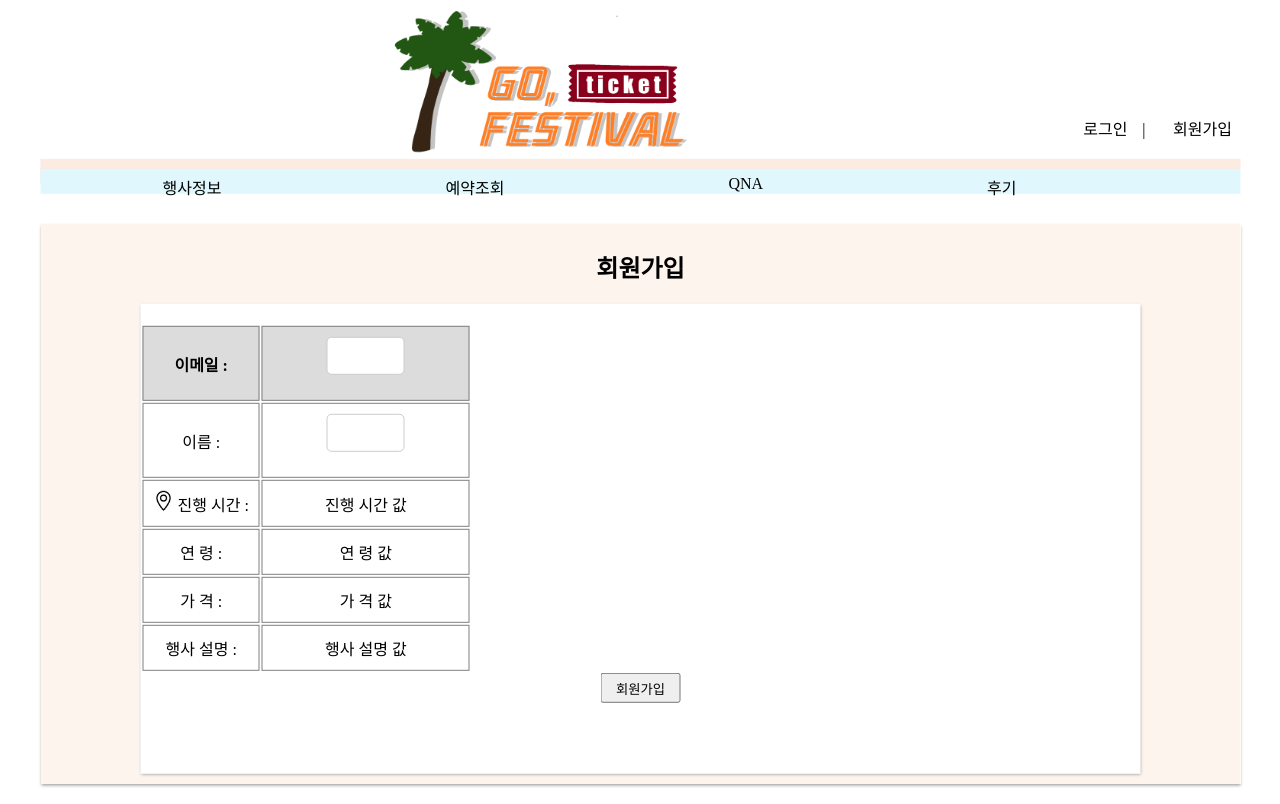
Repository: Changgyu1/Chang_Gu
Page: http://localhost/Project/register.jsp
The author's editor kept a copy of each file at every save. The page is drawn from the files as they stood at one save, then again after the next save.
The browser window is 1280 px wide. The pictures show the whole page.
Some web fonts or font styles are not loaded; a fallback is used. The page is served by Tomcat 9.

Above is the page before, as saved 2023-11-14 04:00:34.

After the next save:
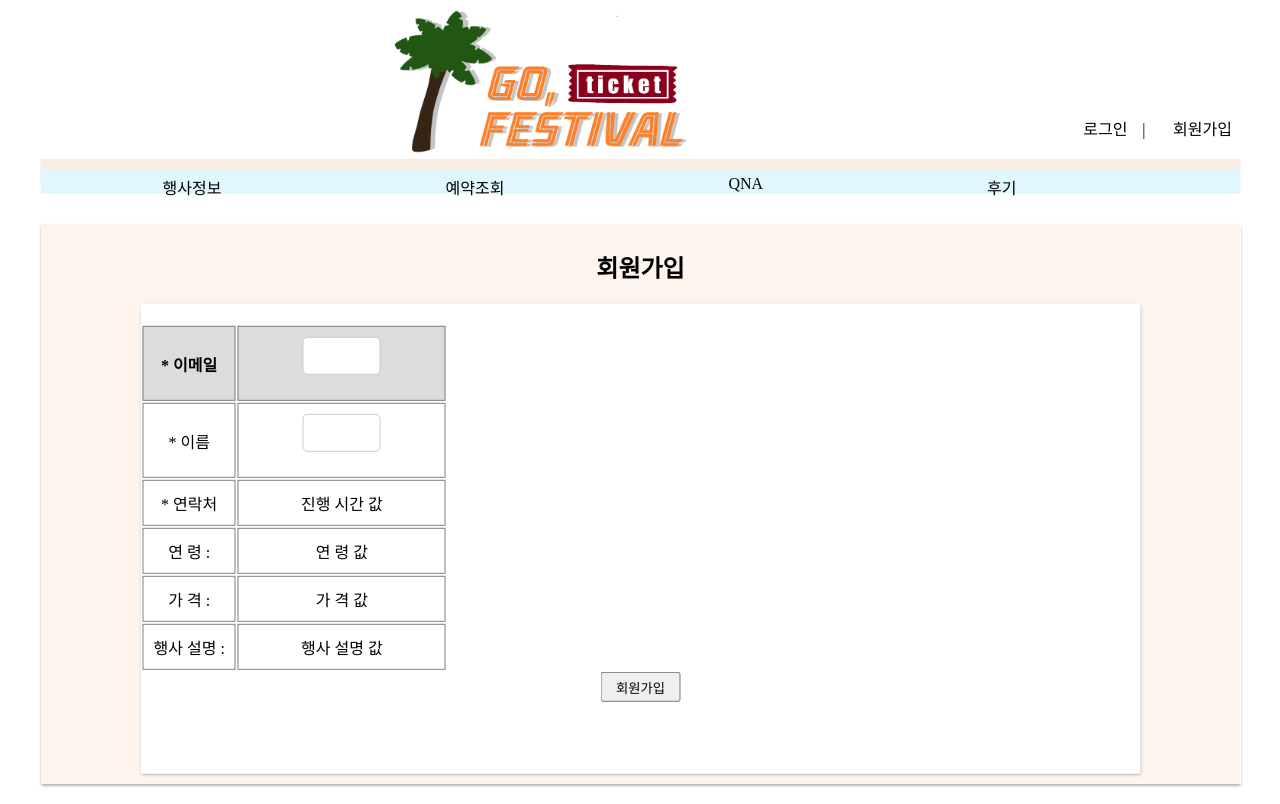
Saved 81 s later.
--- a/Project/src/main/webapp/register.jsp
+++ b/Project/src/main/webapp/register.jsp
@@ -65,18 +65,17 @@
 					<table>
 						<thead class="registerInfo">
 							<tr>
-								<th>이메일 :</th>
+								<th>* 이메일</th>
 								<th><input type="email" id="email" name="email" required></th>
 							</tr>
 						</thead>
 						<tbody>
 							<tr>
-								<td>이름 :</td>
+								<td>* 이름</td>
 								<td><input type="text" id="name" name="name" required> </td>
 							</tr>
 							<tr>
-								<td><img src="지도아이콘.png" style="width: 20px; height: 20px;">
-									진행 시간 :</td>
+								<td>* 연락처</td>
 								<td>진행 시간 값</td>
 							</tr>
 							<tr>
